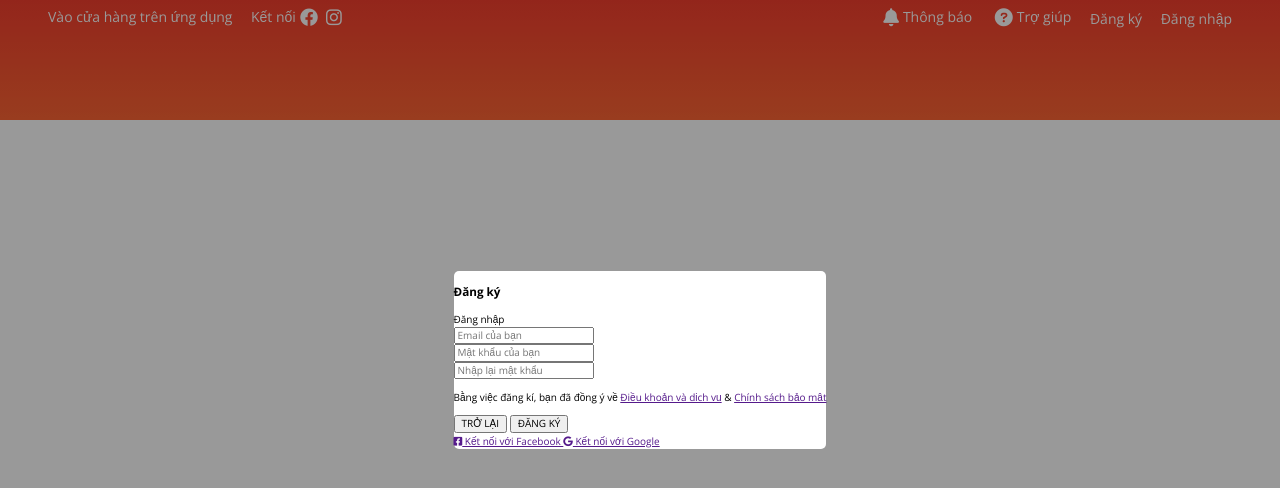
Repository: trongtamdev/Clone-Shopee-Page
Page: index.html
An editor plug-in stored every save of this project. The page is shown before and after the next save, followed by the edit.
The browser window is 1280 px wide. The pictures show the whole page.

Above is the page before, as saved 2022-07-08 20:55:26.

### index.html
<!DOCTYPE html>
<html lang="en">

<head>
    <meta charset="UTF-8">
    <meta http-equiv="X-UA-Compatible" content="IE=edge">
    <meta name="viewport" content="width=device-width, initial-scale=1.0">
    <title>Document</title>
    <link rel="stylesheet" href="https://cdnjs.cloudflare.com/ajax/libs/normalize/8.0.1/normalize.min.css">
    <link rel="stylesheet" href="assets/css/base.css">
    <link rel="stylesheet" href="assets/css/main.css">
    <link rel="stylesheet" href="assets/fonts/fontawesome-free-6.1.1/css/all.min.css">
    <link href="https://fonts.googleapis.com/css2?family=Open+Sans:wght@300;400;500;700&display=swap" rel="stylesheet">
</head>
    <div class="app">
        <header class="header">
            <div class="grid">
                <nav class="header__navbar">
                    <ul class="header__navbar-list">
                        <li class="header__navbar-item header__navbar-item--has-qr">
                            Vào cửa hàng trên ứng dụng
                            <div class="header__qr">
                                <img src="assets/img/qr_code.png" alt="QR code" class="header__qr-img">
                                <div class="header__qr-apps">
                                    <a href="" class="header__qr-link">
                                        <img src="assets/img/google_play.png" alt="Google play" class="header__qr-download-img">
                                    </a>
                                    <a href="" class="header__qr-link">
                                        <img src="assets/img/app_store.png" alt="App store" class="header__qr-download-img">
                                    </a>
                                </div>
                            </div>
                        </li>
                        <li class="header__navbar-item">
                            <span class="header__navbar-title--no-pointer">Kết nối</span>
                            <a href="" class="header__navbar-icon-link">
                                <i class="header__navbar-icon fa-brands fa-facebook"></i>
                            </a>
                            <a href="" class="header__navbar-icon-link">
                                <i class="header__navbar-icon fa-brands fa-instagram"></i>
                            </a>
                        </li>
                    </ul>

                    <ul class="header__navbar-list">
                        <li class="header__navbar-item">
                            <a href="" class="header__navbar-item-link">
                                <i class="header__navbar-icon fa-solid fa-bell"></i>
                                Thông báo</a>
                        </li>

                        <li class="header__navbar-item">
                            <a href="" class="header__navbar-item-link">
                                <i class="header__navbar-icon fa-solid fa-circle-question"></i>
                                Trợ giúp</a>
                        </li>

                        <li class="header__navbar-item header__navbar-item--strong">Đăng ký</li>
                        <li class="header__navbar-item header__navbar-item--strong">Đăng nhập</li>
                    </ul>
                </nav>
            </div>

        </header>

        <div class="container">

        </div>

        <footer class="footer">

        </footer>
    </div>
    <div class="modal">
        <div class="modal__overlay">

        </div>
        <div class="modal__body">
            <div class="modal__inner">
                <!-- Auth form -->
                <div class="auth-form">
                    <div class="auth-form__container">
                        <div class="auth-form__header">
                            <h3 class="auth-form__heading">Đăng ký</h3>
                            <span class="auth-form__switch-btn">Đăng nhập</span>
                        </div>

                        <div class="auth-form__form">
                            <div class="auth-form__group">
                                <input type="text" class="auth-form__input" placeholder="Email của bạn">
                            </div>

                            <div class="auth-form__group">
                                <input type="password" class="auth-form__input" placeholder="Mật khẩu của bạn">
                            </div>

                            <div class="auth-form__group">
                                <input type="password" class="auth-form__input" placeholder="Nhập lại mật khẩu">
                            </div>
                        </div>

                        <div class="auth-form__aside">
                            <p class="auth-form__policy-text">
                                Bằng việc đăng kí, bạn đã đồng ý về
                                <a href="" class="auth-form__policy-link">Điều khoản và dịch vụ</a> &
                                <a href="" class="auth-form__policy-link">Chính sách bảo mật</a>
                            </p>
                        </div>

                        <div class="auth-form__controls">
                            <button class="btn">TRỞ LẠI</button>
                            <button class="btn btn--primary">ĐĂNG KÝ</button>
                        </div>
                    </div>

                    <div class="auth-form__socials">
                        <a href="" class="btn btn--with-icon">
                            <i class="fa-brands fa-facebook-square"></i>
                            Kết nối với Facebook
                        </a>

                        <a href="" class="btn btn--with-icon">
                            <i class="fa-brands fa-google"></i>
                            Kết nối với Google
                        </a>
                    </div>
                </div>
            </div>
        </div>
    </div>
<body>

</body>

</html>

### assets/css/base.css
:root {
    --white-color :#fff;
    --back-color :#000;
    --text-color : #333;
}

*{
    box-sizing: inherit;
}

html {
    font-size: 62.5%;
    line-height: 1.6rem;
    font-family: 'Open Sans', sans-serif;;
    box-sizing: border-box;
}

.grid {
    width: 1200px;
    max-width: 100%;
    margin: 0 auto;
}

.grid__full-width {
    width: 100%;
}

.grid__row {
    display: flex;
    flex-wrap: wrap
}

/* Animation */
@keyframes fadeIn {
    from {
        opacity: 0;
    }to {
        opacity: 1;
    }
}

/* Modal */

.modal {
    position: fixed;
    top: 0;
    right: 0;
    bottom: 0;
    left: 0;
    display: flex;
}

.modal__overlay {
    position: absolute;
    width: 100%;
    height: 100%;
    background-color: rgba(0, 0, 0, 0.4);
}

.modal__body {

    background-color: var(--white-color);
    margin: auto;
    position: relative;
    z-index: 1;
    border-radius: 5px;
}

### assets/css/main.css
.header {
    height: 120px;
    background-image: linear-gradient(0, #fe6433, #f53e2d);
}

.header__navbar {
    display: flex;
    justify-content: space-between;
}

.header__navbar-list {
    list-style: none;
    padding: 0;
    margin-top: 4px;
}

.header__navbar-item {
    margin: 0 8px;
    position: relative;
    min-height: 26px;
}

.header__navbar-item--has-qr:hover .header__qr {
    display: block;
}

.header__navbar-item,
.header__navbar-item-link{
    display: inline-block;
    font-size: 1.4rem;
    color :var(--white-color);
    text-decoration: none;
    font-weight: 300;
}

.header__navbar-item,
.header__navbar-item-link,
.header__navbar-icon-link {
    display: inline-flex;
    align-items: center;
}

.header__navbar-item:hover,
.header__navbar-item-link:hover,
.header__navbar-icon-link:hover{
    cursor: pointer;
    color: rgba(255, 255, 255, 0.7);
}

.header__navbar-item--strong {
    font-weight: 400;
}


.header__navbar-icon-link {
    color: var(--white-color);
    text-decoration: none;
}

.header__navbar-icon {
    font-size: 1.8rem;
    margin: 0 4px;
}

.header__navbar-title--no-pointer {
    color: var(--white-color);
    cursor: text;
}

/* Header QR code */

.header__qr {
    width: 186px;
    background-color: var(--white-color);
    position: absolute;
    left: 0;
    top: 118%;
    padding: 8px;
    border-radius: 2px;
    display: none;
    animation: fadeIn ease-in 0.5s;
}

.header__qr::before {
    position: absolute;
    left: 0;
    top: -16px;
    width: 100%;
    height: 20px;
    content: "";
    display: block;
}

.header__qr-img {
    width: 100%;
}

.header__qr-apps {
    display: flex;
}

.header__qr-link:nth-child(1) {
    margin-left: 11px;
}

.header__qr-link:nth-child(2) {
    margin-right: 11px;
}

.header__qr-download-img {
    height: 18px;
}

Loaded but not shown: assets/fonts/fontawesome-free-6.1.1/css/all.min.css (library)

After the next save:
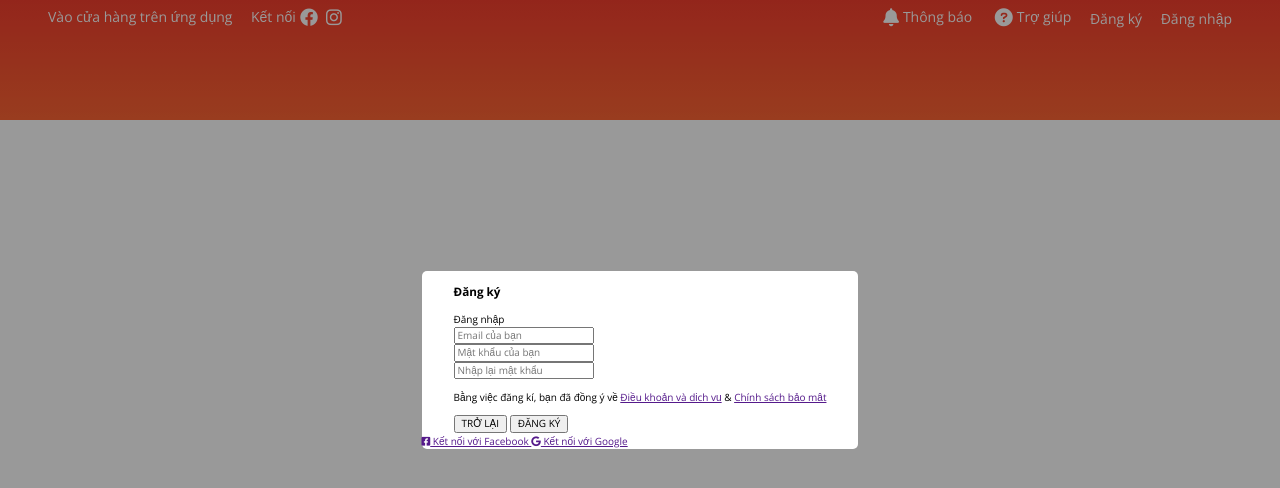
Saved 75 s later.
--- a/assets/css/main.css
+++ b/assets/css/main.css
@@ -110,3 +110,10 @@
 .header__qr-download-img {
     height: 18px;
 }
+
+
+/* Authen Modal */
+
+.auth-form__container {
+    padding: 0 32px;
+}
